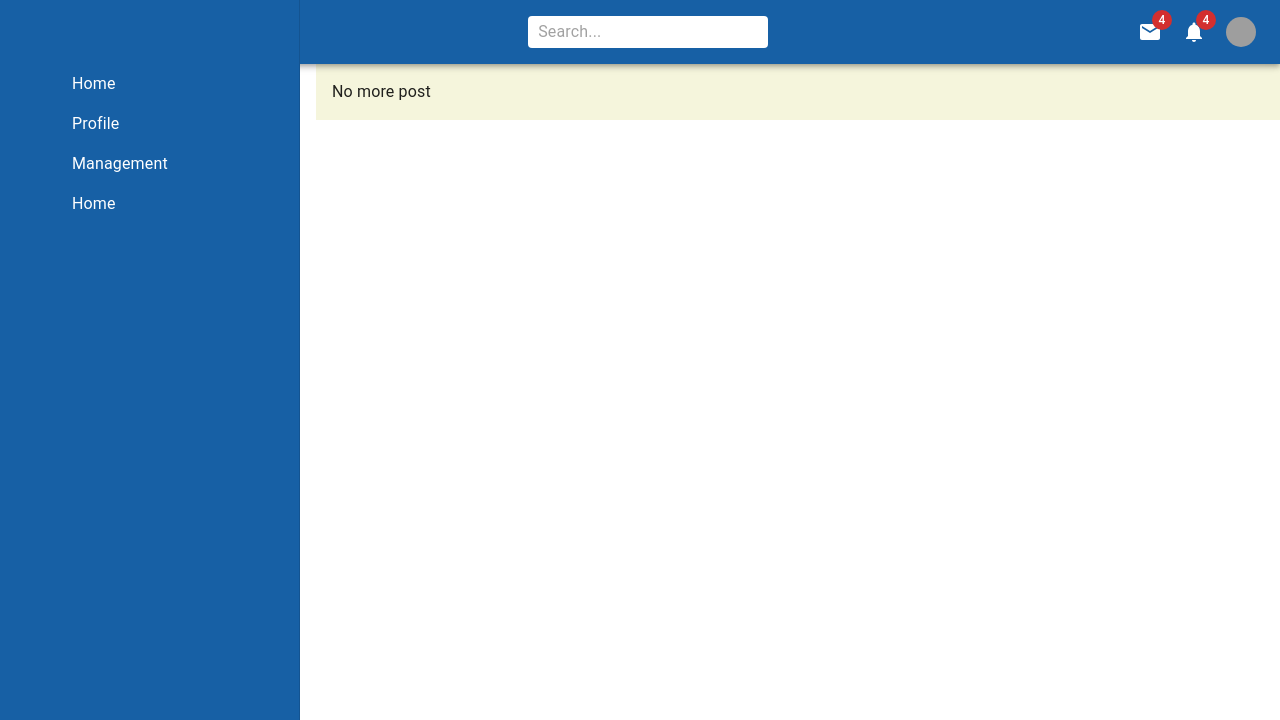
Repository: TrangPhuongLam07/exchangebookfrontend
Page: /
These files come from the project's save history. The page is drawn as it stood at one moment and after the next save; the edit follows.
The browser window is 1280 px wide. The pictures show the whole page.
Pictures or frames that could not be fetched are drawn as grey boxes. The page's requests for data from a server got no answer. The project was rebuilt for these pictures with package versions that can differ from the ones it lists, and the page was loaded fresh each time. Some packages were replaced by stand-ins written for this rebuild. No one was signed in, and anything a server would have sent is missing. Also part of the build but not shown: craco.config.js, src/components/post/index.js. Imported but missing from the stored project, and not drawn on this page: src/pages/management/add-post, src/pages/management/update-post.

Above is the page before, as saved 2023-08-01 17:47:13.

After the next save:
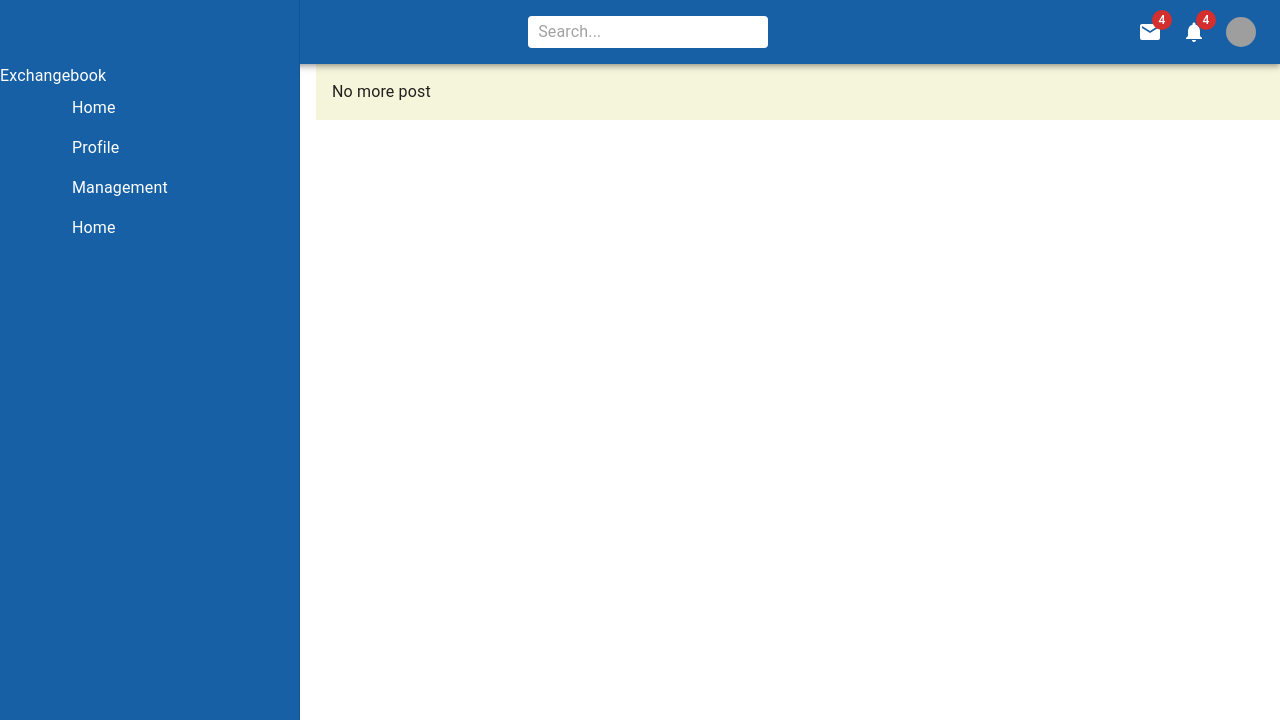
Saved 10 s later.
--- a/src/components/sidebar/index.js
+++ b/src/components/sidebar/index.js
@@ -90,7 +90,9 @@ const Sidebar = () => {
     >
       <List disablePadding>
         <Toolbar />
-        <Stack sx={{ width: "100%", justifyContent: "center" }}></Stack>
+        <Stack sx={{ width: "100%", justifyContent: "center" }}>
+          Exchangebook
+        </Stack>
 
         <ListItemButton>
           <ListItemIcon></ListItemIcon>
